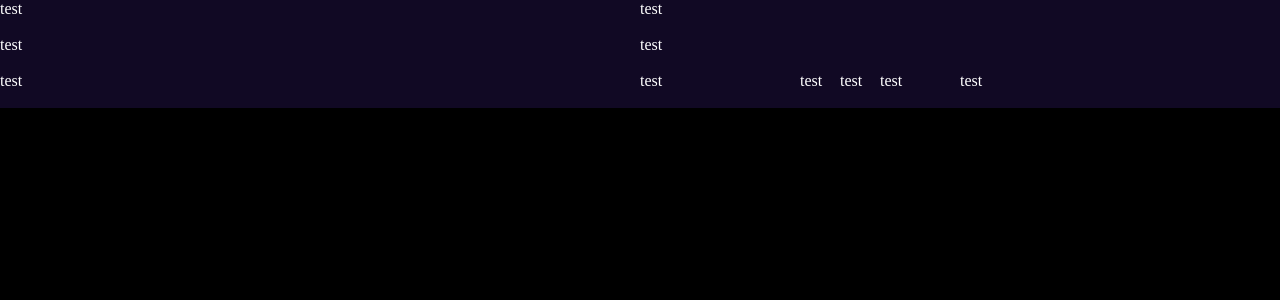
Repository: Ethan-OF/L3DTS-Web-Design
Page: index.html
These files come from the project's save history. The page is drawn as it stood at one moment and after the next save; the edit follows.
The browser window is 1280 px wide. The pictures show the whole page.

Above is the page before, as saved 2023-08-24 23:36:27.

### index.html
<!DOCTYPE html>
<!--[if lt IE 7]>      <html class="no-js lt-ie9 lt-ie8 lt-ie7"> <![endif]-->
<!--[if IE 7]>         <html class="no-js lt-ie9 lt-ie8"> <![endif]-->
<!--[if IE 8]>         <html class="no-js lt-ie9"> <![endif]-->
<!--[if gt IE 8]>      <html class="no-js"> <!--<![endif]-->
<html>
    <head>
        <meta charset="utf-8">
        <meta http-equiv="X-UA-Compatible" content="IE=edge">
        <title></title>
        <meta name="description" content="">
        <meta name="viewport" content="width=device-width, initial-scale=1">
        <link rel="stylesheet" href="./Recources/core.css">
    </head>
    <body>
        <div class="navigation">
            <div class="navgroup">test</div>
            <div class="navgroup">test</div>
            <div class="image"></div>
        </div>


        <!--[if lt IE 7]>
            <p class="browsehappy">You are using an <strong>outdated</strong> browser. Please <a href="#">upgrade your browser</a> to improve your experience.</p>
        <![endif]-->

        <script src="" async defer></script>
    </body>
</html>
<!DOCTYPE html>
<!--[if lt IE 7]>      <html class="no-js lt-ie9 lt-ie8 lt-ie7"> <![endif]-->
<!--[if IE 7]>         <html class="no-js lt-ie9 lt-ie8"> <![endif]-->
<!--[if IE 8]>         <html class="no-js lt-ie9"> <![endif]-->
<!--[if gt IE 8]>      <html class="no-js"> <!--<![endif]-->
<html>
    <head>
        <meta charset="utf-8">
        <meta http-equiv="X-UA-Compatible" content="IE=edge">
        <title></title>
        <meta name="description" content="">
        <meta name="viewport" content="width=device-width, initial-scale=1">
        <link rel="stylesheet" href="./Recources/core.css">
    </head>
    <body>
        <div class="navigation">
            <div class="navgroup">test</div>
            <div class="navgroup">test</div>
        </div>


        <!--[if lt IE 7]>
            <p class="browsehappy">You are using an <strong>outdated</strong> browser. Please <a href="#">upgrade your browser</a> to improve your experience.</p>
        <![endif]-->

        <script src="" async defer></script>
    </body>
</html>
<!DOCTYPE html>
<!--[if lt IE 7]>      <html class="no-js lt-ie9 lt-ie8 lt-ie7"> <![endif]-->
<!--[if IE 7]>         <html class="no-js lt-ie9 lt-ie8"> <![endif]-->
<!--[if IE 8]>         <html class="no-js lt-ie9"> <![endif]-->
<!--[if gt IE 8]>      <html class="no-js"> <!--<![endif]-->
<html>
    <head>
        <meta charset="utf-8">
        <meta http-equiv="X-UA-Compatible" content="IE=edge">
        <title></title>
        <meta name="description" content="">
        <meta name="viewport" content="width=device-width, initial-scale=1">
        <link rel="stylesheet" href="./Recources/core.css">
    </head>
    <body>
        <div class="navigation">
            <div class="navgroup">test</div>
            <div class="navgroup">
                <div class="navgroup">
                    <div class="navgroup">test</div>
                    <div class="navgroup">
                        <div class="navgroup">
                            <div class="navgroup">test</div>
                            <div class="navgroup">test</div>

                        </div>
                        <div class="navgroup">test</div>
                    </div>
                </div>
                <div class="navgroup">test</div>
            </div>
        </div>


        <!--[if lt IE 7]>
            <p class="browsehappy">You are using an <strong>outdated</strong> browser. Please <a href="#">upgrade your browser</a> to improve your experience.</p>
        <![endif]-->

        <script src="" async defer></script>
    </body>
</html>

### Recources/core.css
body {
    background-color: black;
    color: white;
    padding: 0px;
    margin: 0px;
  }

.navigation {
  display: flex;
  align-items: left;

  background-color: grey;
  height: 5vh;
  width: 100%;
  padding-left: 0px;
  border: 0px;
}

.navgroup {
  width: 50%;
	height: 100%;
	background-color: rgb(17, 9, 36);
	order: 0;
	display: flex;
}

.image {
  background-color: white;
  height: 50%;
}

.bottomText {
  background-color: red;
  height: 50%;
}

After the next save:
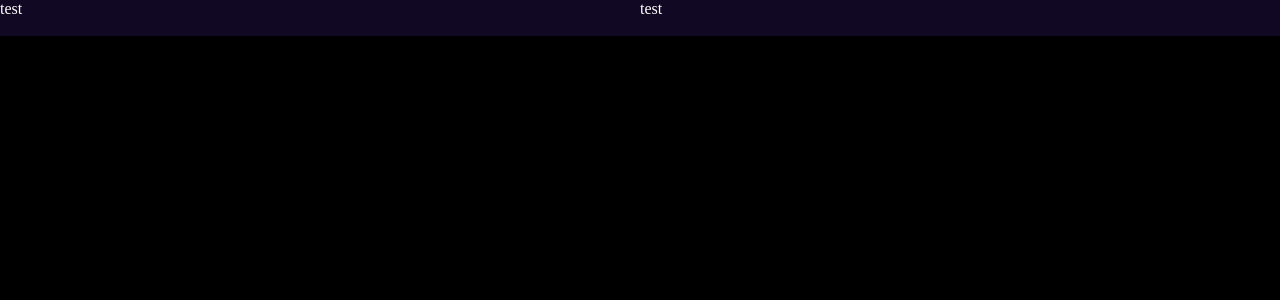
Saved 12 s later.
--- a/index.html
+++ b/index.html
@@ -17,6 +17,7 @@
             <div class="navgroup">test</div>
             <div class="navgroup">test</div>
             <div class="image"></div>
+            <div class="bottomText"></div>
         </div>
 
 
@@ -27,72 +28,3 @@
         <script src="" async defer></script>
     </body>
 </html>
-<!DOCTYPE html>
-<!--[if lt IE 7]>      <html class="no-js lt-ie9 lt-ie8 lt-ie7"> <![endif]-->
-<!--[if IE 7]>         <html class="no-js lt-ie9 lt-ie8"> <![endif]-->
-<!--[if IE 8]>         <html class="no-js lt-ie9"> <![endif]-->
-<!--[if gt IE 8]>      <html class="no-js"> <!--<![endif]-->
-<html>
-    <head>
-        <meta charset="utf-8">
-        <meta http-equiv="X-UA-Compatible" content="IE=edge">
-        <title></title>
-        <meta name="description" content="">
-        <meta name="viewport" content="width=device-width, initial-scale=1">
-        <link rel="stylesheet" href="./Recources/core.css">
-    </head>
-    <body>
-        <div class="navigation">
-            <div class="navgroup">test</div>
-            <div class="navgroup">test</div>
-        </div>
-
-
-        <!--[if lt IE 7]>
-            <p class="browsehappy">You are using an <strong>outdated</strong> browser. Please <a href="#">upgrade your browser</a> to improve your experience.</p>
-        <![endif]-->
-
-        <script src="" async defer></script>
-    </body>
-</html>
-<!DOCTYPE html>
-<!--[if lt IE 7]>      <html class="no-js lt-ie9 lt-ie8 lt-ie7"> <![endif]-->
-<!--[if IE 7]>         <html class="no-js lt-ie9 lt-ie8"> <![endif]-->
-<!--[if IE 8]>         <html class="no-js lt-ie9"> <![endif]-->
-<!--[if gt IE 8]>      <html class="no-js"> <!--<![endif]-->
-<html>
-    <head>
-        <meta charset="utf-8">
-        <meta http-equiv="X-UA-Compatible" content="IE=edge">
-        <title></title>
-        <meta name="description" content="">
-        <meta name="viewport" content="width=device-width, initial-scale=1">
-        <link rel="stylesheet" href="./Recources/core.css">
-    </head>
-    <body>
-        <div class="navigation">
-            <div class="navgroup">test</div>
-            <div class="navgroup">
-                <div class="navgroup">
-                    <div class="navgroup">test</div>
-                    <div class="navgroup">
-                        <div class="navgroup">
-                            <div class="navgroup">test</div>
-                            <div class="navgroup">test</div>
-
-                        </div>
-                        <div class="navgroup">test</div>
-                    </div>
-                </div>
-                <div class="navgroup">test</div>
-            </div>
-        </div>
-
-
-        <!--[if lt IE 7]>
-            <p class="browsehappy">You are using an <strong>outdated</strong> browser. Please <a href="#">upgrade your browser</a> to improve your experience.</p>
-        <![endif]-->
-
-        <script src="" async defer></script>
-    </body>
-</html>
